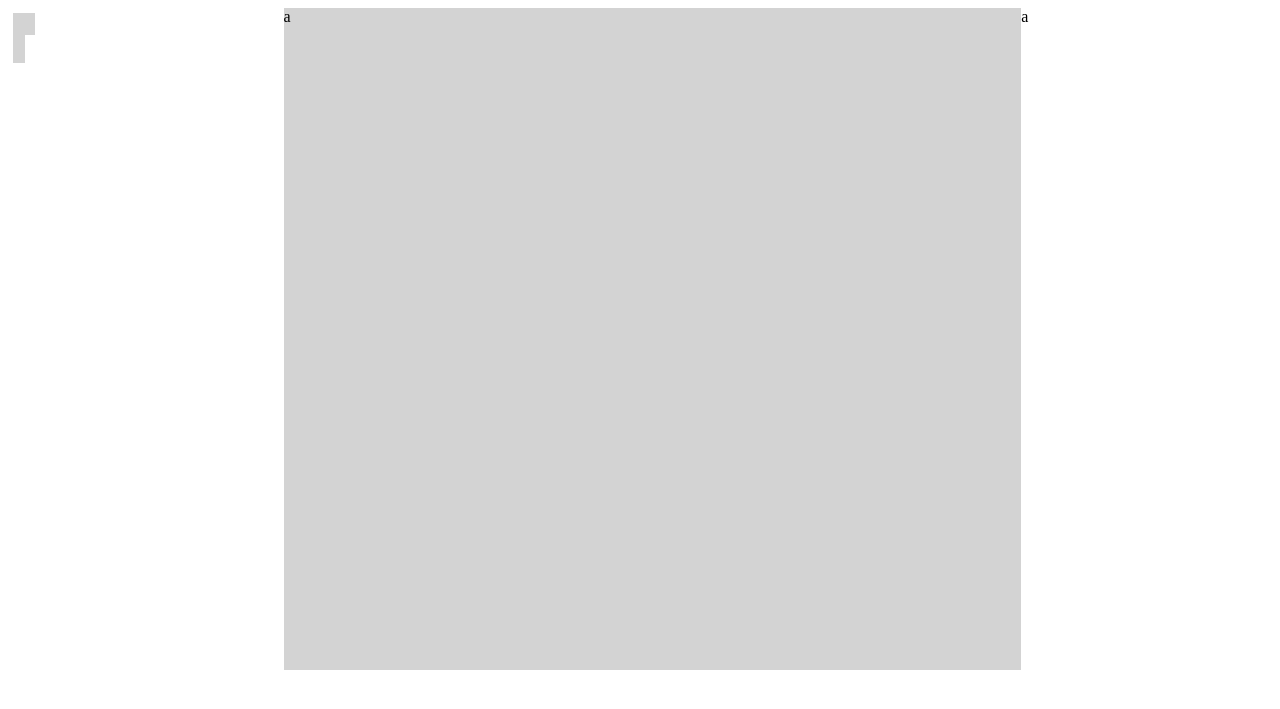
Repository: tr2cky/exercise2
Page: index.html
An editor plug-in stored every save of this project. The page is shown before and after the next save, followed by the edit.
The browser window is 1280 px wide. The pictures show the whole page.

Above is the page before, as saved 2022-10-01 11:01:12.

After the next save:
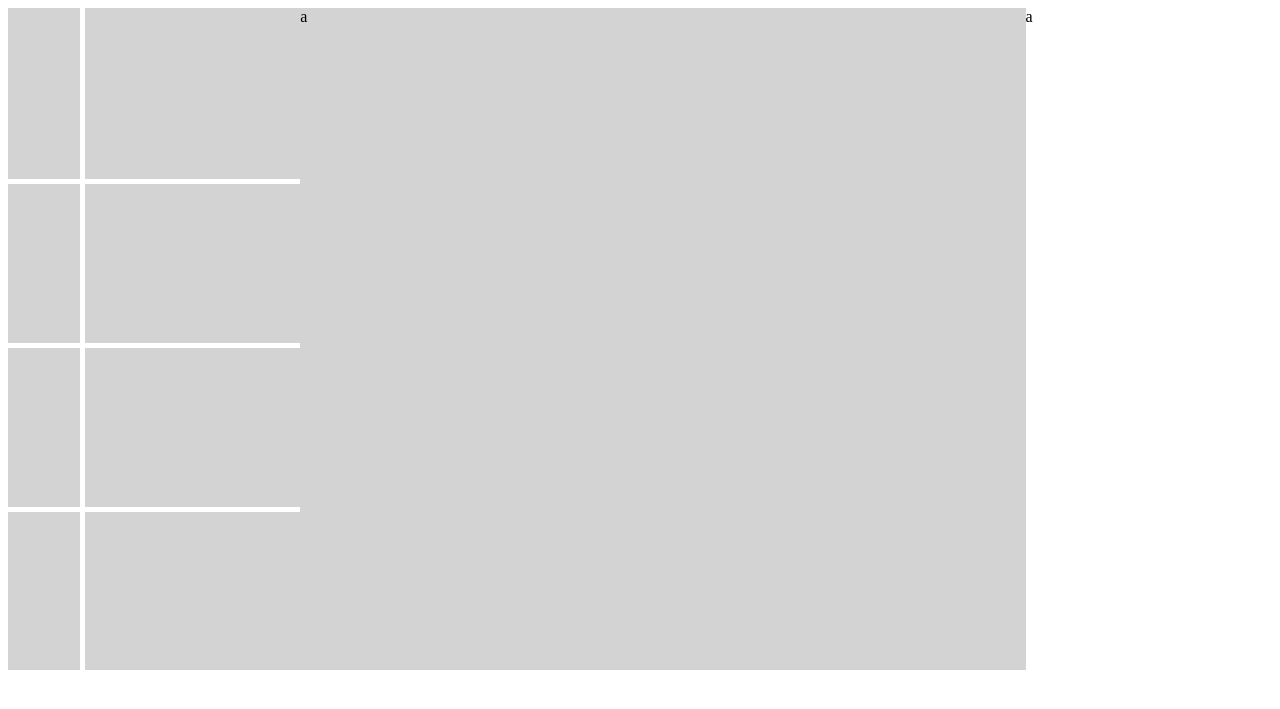
Saved 31 min 57 s later.
--- a/index.html
+++ b/index.html
@@ -12,17 +12,14 @@
 <body>
     <div class="container">
         <div class="side1">
-            <div>
-                <div class="sidec" id="a"></div>
-                <span class="sidec" id="b"></span>
-            </div>
-            <div class="sidec" id="c"></div>
-            <div class="sidec" id="d"></div>
-            <div class="sidec" id="f"></div>
-            <div class="sidec" id="g"></div>
-            <div class="sidec" id="h"></div>
-            <div class="sidec" id="j"></div>
-
+        <div id="box1"></div>
+        <div id="box2"></div>
+        <div id="box3"></div>
+        <div id="box4"></div>
+        <div id="box5"></div>
+        <div id="box6"></div>
+        <div id="box7"></div>
+        <div id="box8"></div>
         </div>
         <main>
             a
--- a/style.css
+++ b/style.css
@@ -9,27 +9,17 @@ main {
 }
 .side1 {
     flex-grow: 1;
-    display: flex;
-    flex-direction: column;
+    display: grid;
+    grid-template-columns: 1fr 3fr;
+    gap: 5px;
 }
 .side2 {
     flex-grow: 1;
 }
-.sidec {
+.side1 div {
     background-color: lightgray;
 }
-#a {
+#box1 {
     border: 1px solid lightgray;
-    width: 10px;
-    height: 10px;
     padding: 5px;
-    margin: 5px;
 }
-#b {
-    border: 1px solid lightgray;
-    width: 10px;
-    height: 10px;
-    padding: 5px;
-    margin: 5px;
-    display: inline;
-}
